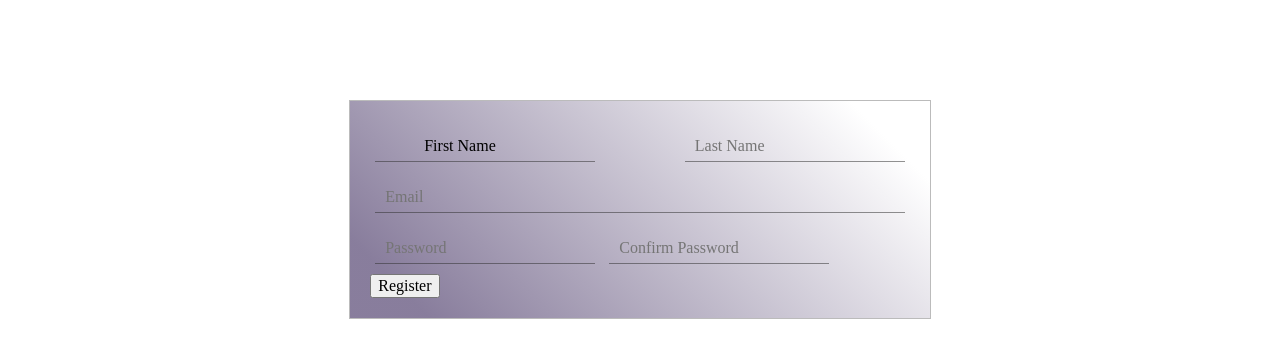
Repository: AMAmine89/vanilla-projects
Page: formo/index.html
These files come from the project's save history. The page is drawn as it stood at one moment and after the next save; the edit follows.
The browser window is 1280 px wide. The pictures show the whole page.

Above is the page before, as saved 2021-05-05 06:28:34.

After the next save:
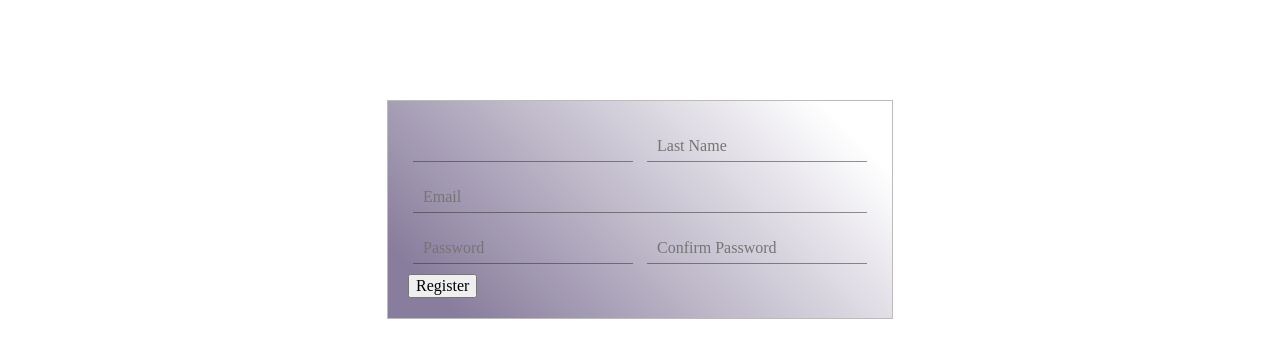
Saved 5 s later.
--- a/formo/index.html
+++ b/formo/index.html
@@ -13,7 +13,6 @@
         <form>
             <div class="double-block">
                 <input type="text" name="first-name" id="first-name">
-                <label for="first-name">First Name</label>
                 <input type="text" name="last-name" placeholder="Last Name">
             </div>
             <div>
